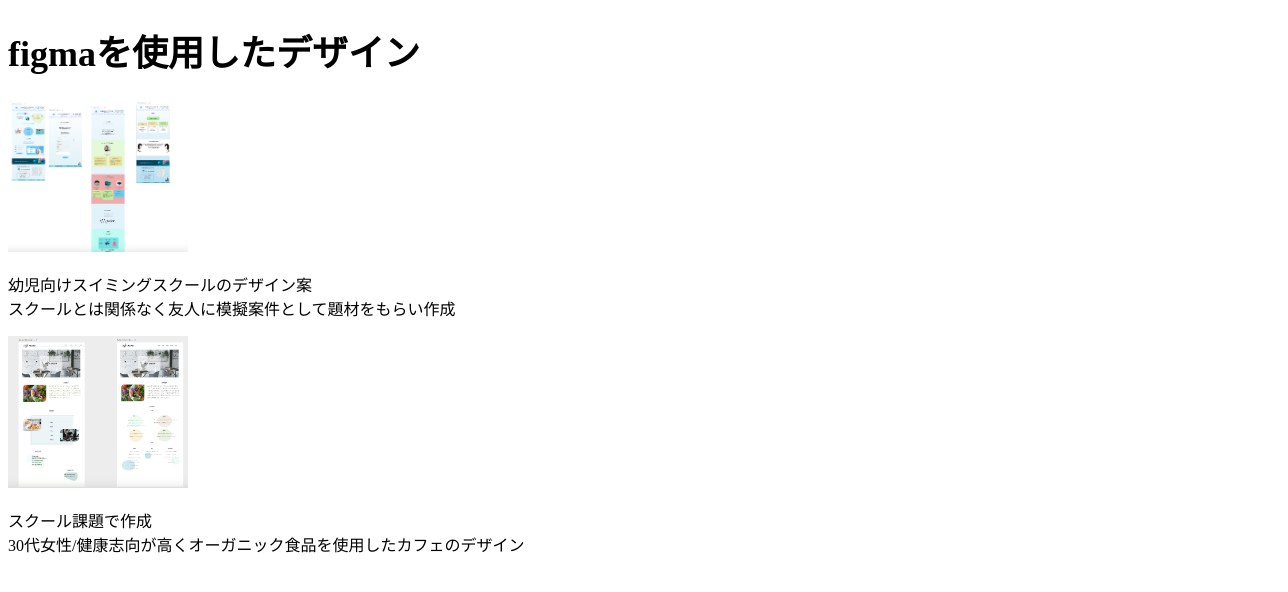
Repository: oninopantsu/onomann
Page: figma.html
The author's editor kept a copy of each file at every save. The page is drawn from the files as they stood at one save, then again after the next save.
The browser window is 1280 px wide. The page is 1288 px wide, so the pictures cover 1288 px, including what lies to the right of the window. The pictures show the whole page.

Above is the page before, as saved 2021-08-17 12:17:16.

After the next save:
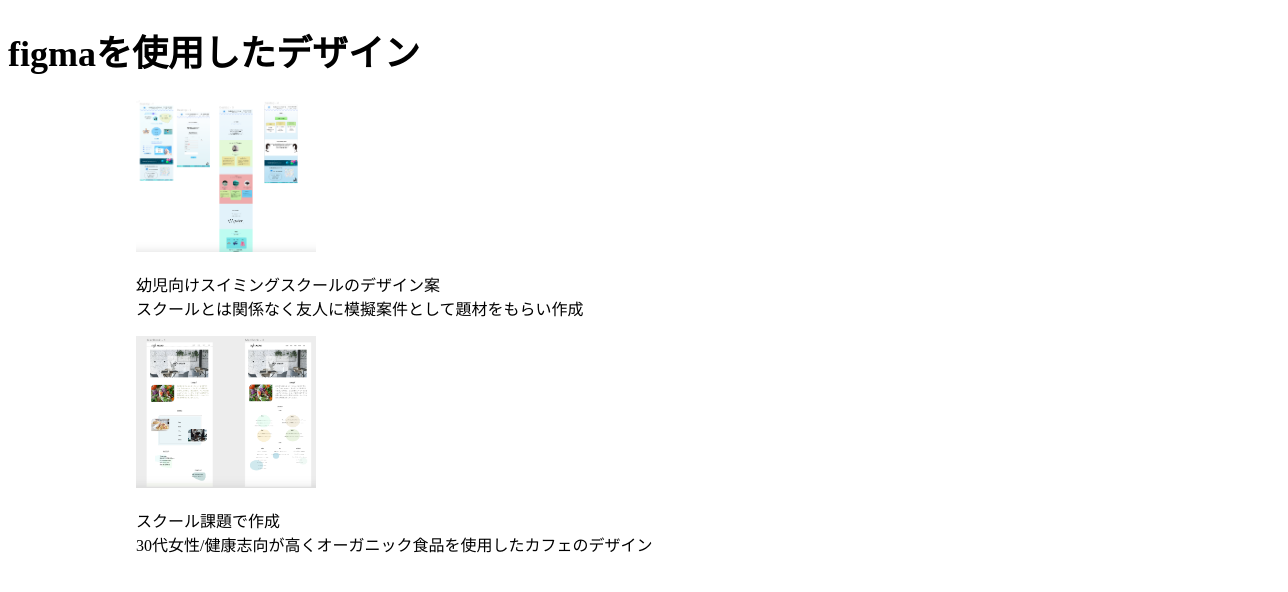
Saved 5 s later.
--- a/figma/styles.css
+++ b/figma/styles.css
@@ -8,7 +8,7 @@
 
 .items {
   width: 80%;
-  mar
+  margin: 0 auto;
 }
 
 img {
